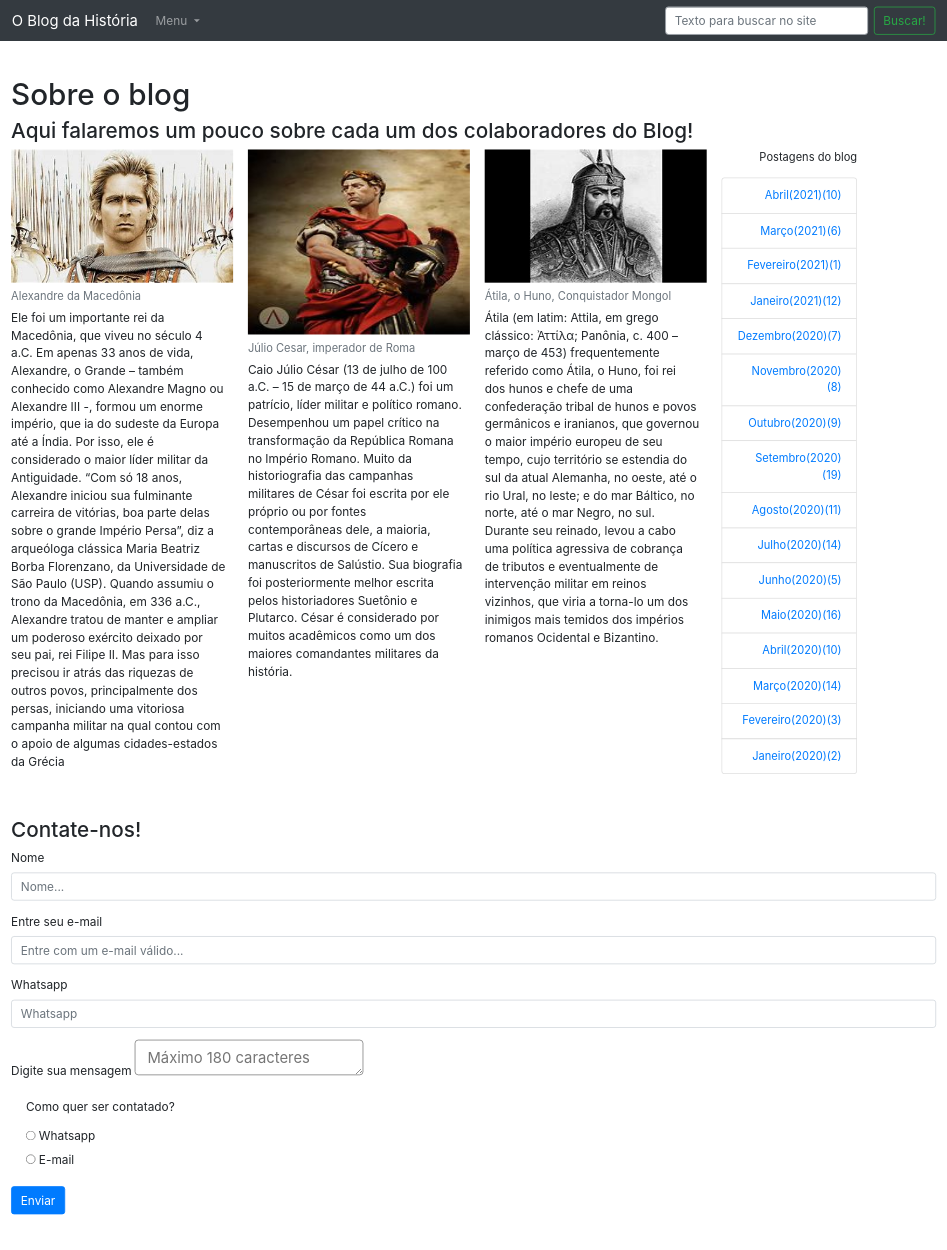
Repository: xhenrique/blog_layout_bootstrap
Page: source/sobre.html
The author's editor kept a copy of each file at every save. The page is drawn from the files as they stood at one save, then again after the next save.
The browser window is 1280 px wide. The pictures show the whole page, at 74% of full size.

Above is the page before, as saved 2021-04-25 03:28:53.

After the next save:
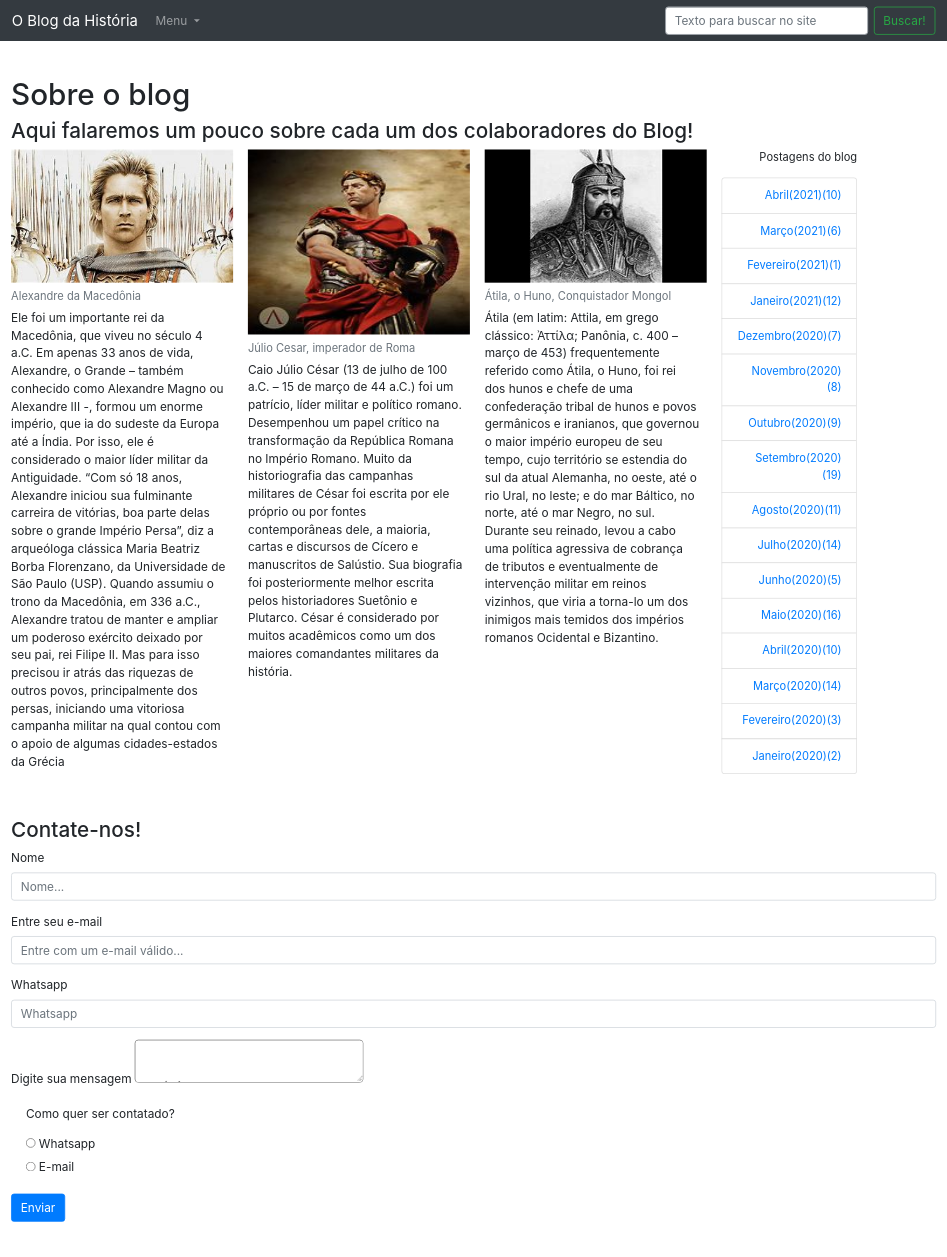
Saved 38 s later.
--- a/source/sobre.html
+++ b/source/sobre.html
@@ -119,7 +119,7 @@
               </div>
               <div class="mb-3">
                 <label for="msgInput" class="form-label">Digite sua mensagem</label>
-                <textarea type="text" placeholder="Máximo 180 caracteres" maxlength="180" class="form-control-lg" id="msgInput"></textarea>
+                <textarea type="text" placeholder="Máximo 180 caracteres" maxlength="180" class="form-control-lg pt-xl-5" id="msgInput"></textarea>
               </div>
               <div class="mb-3 form-check">
                   <p>Como quer ser contatado?

After the save that followed:
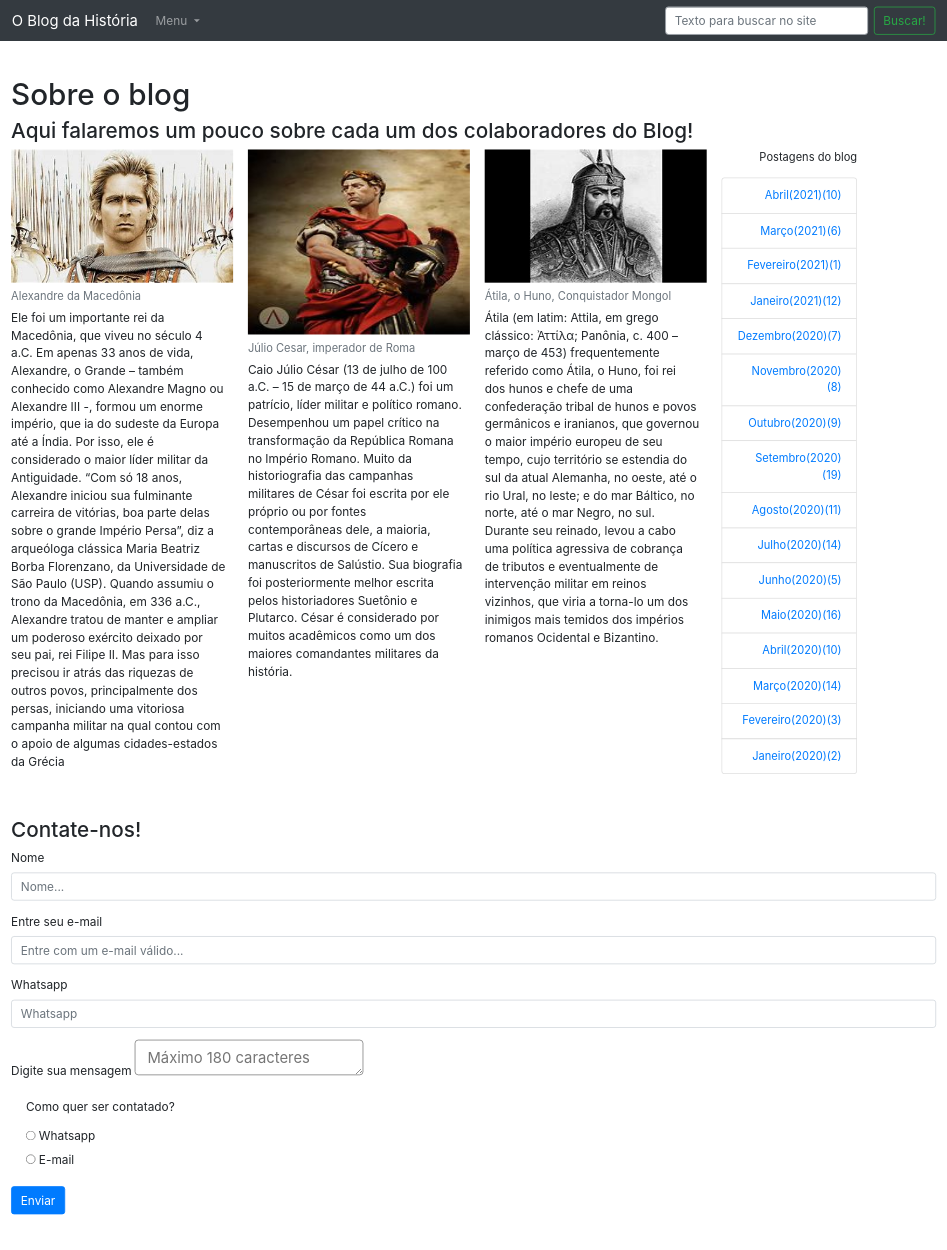
Saved 35 s later.
--- a/source/sobre.html
+++ b/source/sobre.html
@@ -119,7 +119,7 @@
               </div>
               <div class="mb-3">
                 <label for="msgInput" class="form-label">Digite sua mensagem</label>
-                <textarea type="text" placeholder="Máximo 180 caracteres" maxlength="180" class="form-control-lg pt-xl-5" id="msgInput"></textarea>
+                <textarea type="text" placeholder="Máximo 180 caracteres" maxlength="180" class="form-control-lg" id="msgInput"></textarea>
               </div>
               <div class="mb-3 form-check">
                   <p>Como quer ser contatado?
